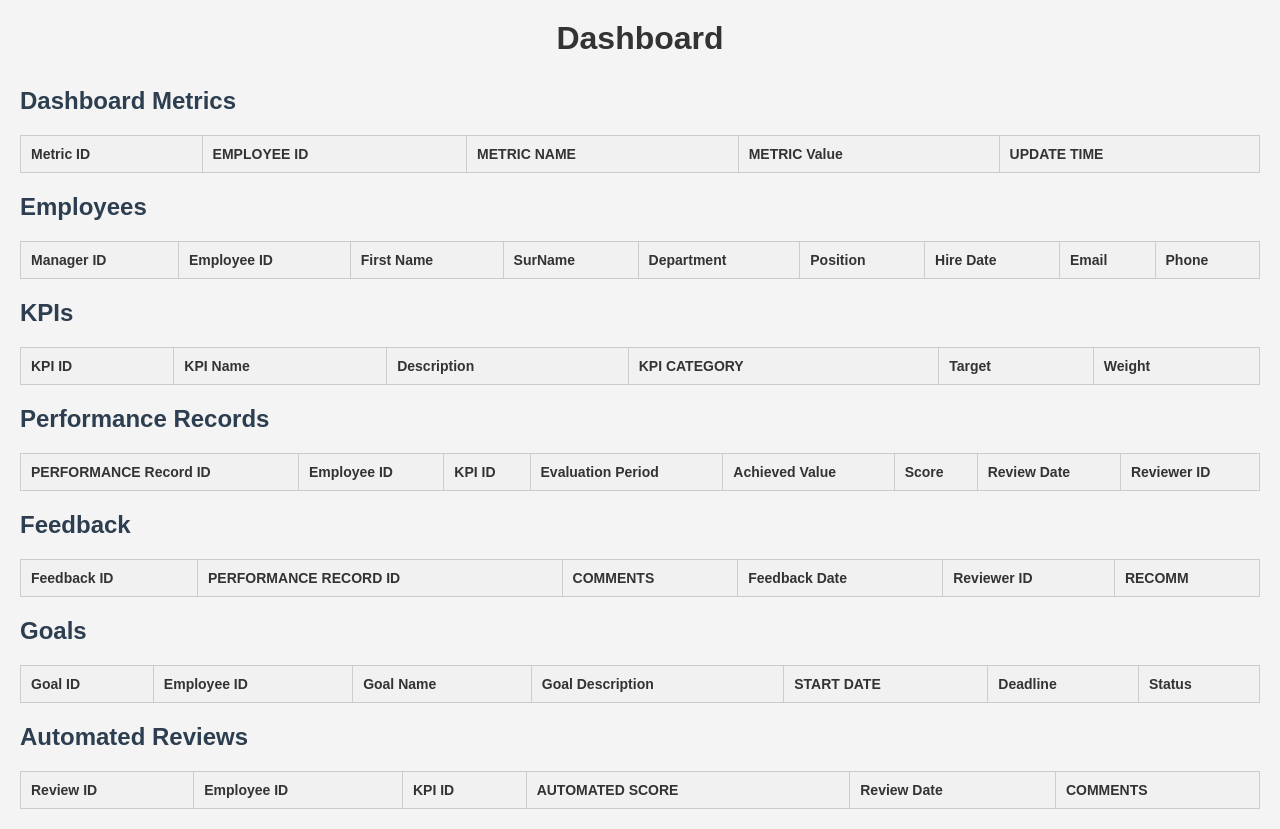
Repository: Wuda2000/Mongodb
Page: http://localhost/dashboard
These files come from the project's save history. The page is drawn as it stood at one moment and after the next save; the edit follows.
The browser window is 1280 px wide. The pictures show the whole page.
The page is served by the project's application, run on Flask 3 (app.py). Queries for data that is not in the repository find no rows.

Above is the page before, as saved 2024-11-11 18:59:14.

### templates/dashboard.html
<!DOCTYPE html>
<html lang="en">
<head>
    <meta charset="UTF-8">
    <meta name="viewport" content="width=device-width, initial-scale=1.0">
    <title>Dashboard</title>
    <link rel="stylesheet" href="{{ url_for('static', filename='styles.css') }}">
</head>
<body>
    <h1>Dashboard</h1>


    <!-- Dashboard Metrics Table -->
    <h2>Dashboard Metrics</h2>
    <table border="1">
        <thead>
            <tr>
                <th>Metric ID</th>
                <th>EMPLOYEE ID</th>
                <th>METRIC NAME</th>
                <th>METRIC Value</th>
                <th>UPDATE TIME</th>
            </tr>
        </thead>
        <tbody>
            {% for metric in dashboard_metrics %}
                <tr>
                    <td>{{ metric['metric_id'] }}</td>
                    <td>{{ metric['employee_id'] }}</td>
                    <td>{{ metric['metric_name'] }}</td>
                    <td>{{ metric['metric_value'] }}</td>
                    <td>{{ metric['update_time'] }}</td>
                </tr>
            {% endfor %}
        </tbody>
    </table>

    <!-- Employees Table -->
    <h2>Employees</h2>
    <table border="1">
        <thead>
            <tr>
                <th>Manager ID</th>
                <th>Employee ID</th>
                <th>First Name</th>
                <th>SurName</th>
                <th>Department</th>
                <th>Position</th>
                <th>Hire Date</th>
                <th>Email</th>
                <th>Phone</th>
            </tr>
        </thead>
        <tbody>
            {% for employee in employees %}
                <tr>
                    <td>{{ employee['manager_id'] }}</td>
                    <td>{{ employee['employee_id'] }}</td>
                    <td>{{ employee['first_name'] }}</td>
                    <td>{{ employee['last_name'] }}</td>
                    <td>{{ employee['department'] }}</td>
                    <td>{{ employee['position'] }}</td>
                    <td>{{ employee['date_hired'] }}</td>
                    <td>{{ employee['email'] }}</td>
                    <td>{{ employee['phone'] }}</td>
                </tr>
            {% endfor %}
        </tbody>
    </table>

    <!-- KPIs Table -->
    <h2>KPIs</h2>
    <table border="1">
        <thead>
            <tr>
                <th>KPI ID</th>
                <th>KPI Name</th>
                <th>Description</th>
                <th>KPI CATEGORY</th>
                <th>Target</th>
                <th>Weight</th>
            </tr>
        </thead>
        <tbody>
            {% for kpi in kpis %}
                <tr>
                    <td>{{ kpi['kpi_id'] }}</td>
                    <td>{{ kpi['kpi_name'] }}</td>
                    <td>{{ kpi['description'] }}</td>
                    <td>{{ kpi['kpi_category'] }}</td>
                    <td>{{ kpi['target_value'] }}</td>
                    <td>{{ kpi['weight'] }}</td>
                </tr>
            {% endfor %}
        </tbody>
    </table>

    <!-- Performance Records Table -->
    <h2>Performance Records</h2>
    <table border="1">
        <thead>
            <tr>
                <th>PERFORMANCE Record ID</th>
                <th>Employee ID</th>
                <th>KPI ID</th>
                <th>Evaluation Period</th>
                <th>Achieved Value</th>
                <th>Score</th>
                <th>Review Date</th>
                <th>Reviewer ID</th>
            </tr>
        </thead>
        <tbody>
            {% for record in performance_records %}
                <tr>
                    <td>{{ record['performance_record_id'] }}</td>
                    <td>{{ record['employee_id'] }}</td>
                    <td>{{ record['kpi_id'] }}</td>
                    <td>{{ record['evaluation_period'] }}</td>
                    <td>{{ record['achieved_value'] }}</td>
                    <td>{{ record['score'] }}</td>
                    <td>{{ record['review_date'] }}</td>
                    <td>{{ record['reviewer_id'] }}</td>
                </tr>
            {% endfor %}
        </tbody>
    </table>

    <!-- Feedback Table -->
    <h2>Feedback</h2>
    <table border="1">
        <thead>
            <tr>
                <th>Feedback ID</th>
                <th>PERFORMANCE RECORD ID</th>
                <th>COMMENTS</th>
                <th>Feedback Date</th>
                <th>Reviewer ID</th>
                <th>RECOMM</th>
            </tr>
        </thead>
        <tbody>
            {% for feedback in feedbacks %}
                <tr>
                    <td>{{ feedback['feedback_id'] }}</td>
                    <td>{{ feedback['performance_record_id'] }}</td>
                    <td>{{ feedback['comments'] }}</td>
                    <td>{{ feedback['Feedback Date'] }}</td>
                    <td>{{ feedback['reviewer_id'] }}</td>
                </tr>
            {% endfor %}
        </tbody>
    </table>

    <!-- Goals Table -->
    <h2>Goals</h2>
    <table border="1">
        <thead>
            <tr>
                <th>Goal ID</th>
                <th>Employee ID</th>
                <th>Goal Name</th>
                <th>Goal Description</th>
                <th>START DATE</th>
                <th>Deadline</th>
                <th>Status</th>
            </tr>
        </thead>
        <tbody>
            {% for goal in goals %}
                <tr>
                    <td>{{ goal['goal_id'] }}</td>
                    <td>{{ goal['employee_id'] }}</td>
                    <td>{{ goal['kpi_id'] }}</td>
                    <td>{{ goal['goal_description'] }}</td>
                    <td>{{ goal['goal_start_date'] }}</td>
                    <td>{{ goal['goal_due_date'] }}</td>
                    <td>{{ goal['goal_status'] }}</td>
                </tr>
            {% endfor %}
        </tbody>
    </table>

    <!-- Automated Reviews Table -->
    <h2>Automated Reviews</h2>
    <table border="1">
        <thead>
            <tr>
                <th>Review ID</th>
                <th>Employee ID</th>
                <th>KPI ID</th>
                <th>AUTOMATED SCORE</th>
                <th>Review Date</th>
                <th>COMMENTS</th>
            </tr>
        </thead>
        <tbody>
            {% for review in automated_reviews %}
                <tr>
                    <td>{{ review['review_id'] }}</td>
                    <td>{{ review['employee_id'] }}</td>
                    <td>{{ review['kpi_id'] }}</td>
                    <td>{{ review['automated_score'] }}</td>
                    <td>{{ review['review_date'] }}</td>
                    <td>{{ review['comments'] }}</td>
                </tr>
            {% endfor %}
        </tbody>
    </table>



</body>
</html>

### app.py
from flask import Flask, render_template
from pymongo import MongoClient

app = Flask(__name__)

# Connect to MongoDB
client = MongoClient('mongodb://localhost:27017/')
db = client['companyDB']

# Access the collections
employees_collection = db['Employees']
kpis_collection = db['KPIs']
performance_records_collection = db['Performance Records']
feedback_collection = db['Feedback']
goals_collection = db['Goals']
automated_reviews_collection = db['Automated Reviews']
dashboard_metrics_collection = db['Dashboard Metrics']

# Route for the home page to display employees
@app.route('/')
def index():
    employees = list(employees_collection.find())
    return render_template('index.html', employees=employees)

# Route to display KPIs
@app.route('/kpis')
def display_kpis():
    kpis = list(kpis_collection.find())
    return render_template('kpis.html', kpis=kpis)

# Route to display Performance Records
@app.route('/performance-records')
def display_performance_records():
    performance_records = list(performance_records_collection.find())
    return render_template('performance_records.html', performance_records=performance_records)

# Route to display Feedback
@app.route('/feedback')
def display_feedback():
    feedbacks = list(feedback_collection.find())
    return render_template('feedback.html', feedbacks=feedbacks)

# Route to display Goals
@app.route('/goals')
def display_goals():
    goals = list(goals_collection.find())
    return render_template('goals.html', goals=goals)

# Route to display Automated Reviews
@app.route('/automated-reviews')
def display_automated_reviews():
    automated_reviews = list(automated_reviews_collection.find())
    return render_template('automated_reviews.html', automated_reviews=automated_reviews)

# Route to display Dashboard Metrics
@app.route('/dashboard-metrics')
def display_dashboard_metrics():
    dashboard_metrics = list(dashboard_metrics_collection.find())
    return render_template('dashboard_metrics.html', dashboard_metrics=dashboard_metrics)

# New route to display everything on one page (Dashboard)
@app.route('/dashboard')
def dashboard():
    # Fetch data from MongoDB collections
    employees = list(employees_collection.find())
    kpis = list(kpis_collection.find())
    performance_records = list(performance_records_collection.find())
    feedbacks = list(feedback_collection.find())
    goals = list(goals_collection.find())
    automated_reviews = list(automated_reviews_collection.find())
    dashboard_metrics = list(dashboard_metrics_collection.find())

    # Pass all data to the dashboard.html template
    return render_template('dashboard.html',
                           employees=employees,
                           kpis=kpis,
                           performance_records=performance_records,
                           feedbacks=feedbacks,
                           goals=goals,
                           automated_reviews=automated_reviews,
                           dashboard_metrics=dashboard_metrics)

if __name__ == '__main__':
    app.run(debug=True)

### static/styles.css
/* Basic reset */
* {
    margin: 0;
    padding: 0;
    box-sizing: border-box;
}

/* Body styling */
body {
    font-family: Arial, sans-serif;
    background-color: #f4f4f4;
    margin: 20px;
}

/* Header styling */
h1 {
    color: #333;
    text-align: center;
    margin-bottom: 30px;
}

h2 {
    color: #555;
    margin-top: 20px;
    font-size: 1.5em;
}

/* Table styling */

table {
    width: 100%;
    margin: 20px 0;
    border-collapse: collapse;
    background-color: white;
}

table, th, td {
    border: 1px solid #ccc;
    padding: 10px;
}

th {
    background-color: #f1f1f1;
    color: #333;
    text-align: left;
}

td {
    color: #555;
}

/* Table hover effect */
tr:hover {
    background-color: #f9f9f9;
}

/* Make sure the content is not too small */
table td, table th {
    font-size: 14px;
    word-wrap: break-word;
}

/* Make the page more readable */
table {
    max-width: 100%;
    overflow-x: auto;
}

h2 {
    font-size: 1.5em;
    color: #2c3e50;
}

After the next save:
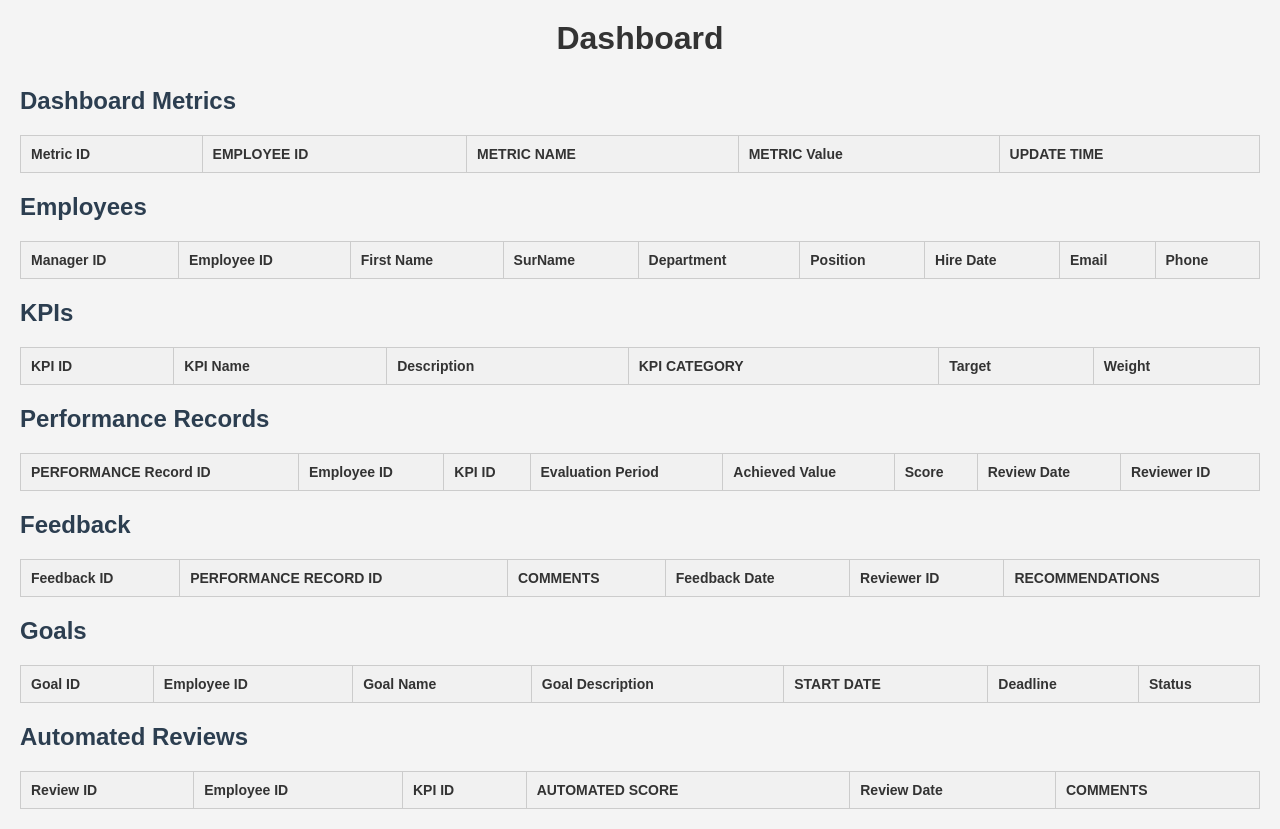
Saved 4 s later.
--- a/templates/dashboard.html
+++ b/templates/dashboard.html
@@ -136,7 +136,7 @@
                 <th>COMMENTS</th>
                 <th>Feedback Date</th>
                 <th>Reviewer ID</th>
-                <th>RECOMM</th>
+                <th>RECOMMENDATIONS</th>
             </tr>
         </thead>
         <tbody>
